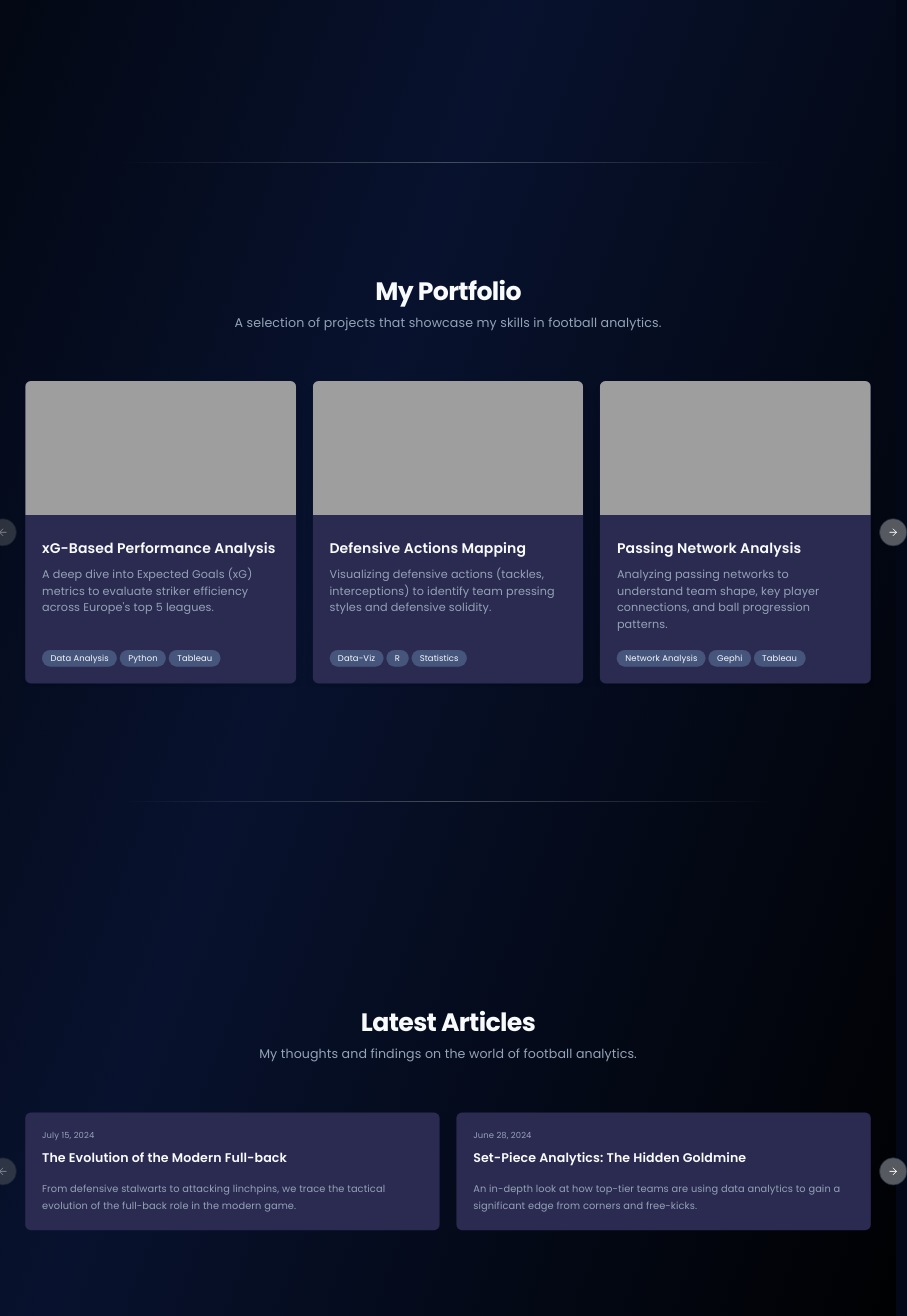
Repository: patrick-cw/my-portfolio
Page: /
The author's editor kept a copy of each file at every save. The page is drawn from the files as they stood at one save, then again after the next save.
The browser window is 1280 px wide. The page is 1296 px wide, so the pictures cover 1296 px, including what lies to the right of the window. The pictures show the part of the page from y = 1498 to 3378 px (the page is 3545 px tall), at 70% of full size.
Pictures or frames that could not be fetched are drawn as grey boxes. The project was rebuilt for these pictures with package versions that can differ from the ones it lists, and the page was loaded fresh each time. The framework's server and built-in components were replaced by stand-ins that run in the browser. Also part of the build but not shown: next.config.ts.

Above is the page before, as saved 2025-08-31 03:44:35.

### src/app/layout.tsx
import type {Metadata} from 'next';
import './globals.css';
import { Toaster } from "@/components/ui/toaster";
import { cn } from '@/lib/utils';
import Particles from '@/components/particles';
import Header from '@/components/header';
import Footer from '@/components/footer';
import ThemeRegistry from '@/components/ThemeRegistry';

export const metadata: Metadata = {
  title: "Patrick's Portfolio",
  description: 'A portfolio showcasing football analytics projects, articles, and more.',
};

export default function RootLayout({
  children,
}: Readonly<{
  children: React.ReactNode;
}>) {
  return (
    <html lang="en" className="dark" style={{scrollBehavior: 'smooth'}}>
      <head>
        <link rel="preconnect" href="https://fonts.googleapis.com" />
        <link rel="preconnect" href="https://fonts.gstatic.com" crossOrigin="anonymous" />
        <link href="https://fonts.googleapis.com/css2?family=Poppins:wght@400;600;700&display=swap" rel="stylesheet" />
      </head>
      <body className={cn("min-h-screen font-body antialiased bg-background")}>
        <ThemeRegistry>
          <div className="relative z-0 flex min-h-screen flex-col bg-gradient-to-br from-black via-blue-900/20 to-black">
            <Particles />
            <Header />
            <main className="flex-1">{children}</main>
            <Footer />
          </div>
          <Toaster />
        </ThemeRegistry>
      </body>
    </html>
  );
}

### src/app/globals.css
@tailwind base;
@tailwind components;
@tailwind utilities;

@layer base {
  :root {
    --background: 0 0% 100%;
    --foreground: 222.2 84% 4.9%;
    --card: 0 0% 100%;
    --card-foreground: 222.2 84% 4.9%;
    --card-highlight: 217.2 91.2% 95%;
    --popover: 0 0% 100%;
    --popover-foreground: 222.2 84% 4.9%;
    --primary: 217.2 91.2% 59.8%;
    --primary-foreground: 210 40% 98%;
    --secondary: 210 40% 96.1%;
    --secondary-foreground: 217.2 91.2% 59.8%;
    --muted: 210 40% 96.1%;
    --muted-foreground: 215.4 16.3% 46.9%;
    --accent: 202.77 50.91% 17.55%;
    --accent-foreground: 217.2 91.2% 59.8%;
    --destructive: 0 84.2% 60.2%;
    --destructive-foreground: 210 40% 98%;
    --border: 214.3 31.8% 91.4%;
    --input: 214.3 31.8% 91.4%;
    --ring: 217.2 91.2% 59.8%;
    --radius: 0.5rem;
    --sidebar-background: 0 0% 98%;
    --sidebar-foreground: 240 5.3% 26.1%;
    --sidebar-primary: 240 5.9% 10%;
    --sidebar-primary-foreground: 0 0% 98%;
    --sidebar-accent: 240 4.8% 95.9%;
    --sidebar-accent-foreground: 240 5.9% 10%;
    --sidebar-border: 220 13% 91%;
    --sidebar-ring: 217.2 91.2% 59.8%;
    --chart-1: 12 76% 61%;
    --chart-2: 173 58% 39%;
    --chart-3: 197 37% 24%;
    --chart-4: 43 74% 66%;
    --chart-5: 27 87% 67%;
  }
  .dark {
    --background: 222.2 84% 4.9%;
    --foreground: 210 40% 98%;
    --card: 222.2 84% 6.9%;
    --card-foreground: 210 40% 98%;
    --card-highlight: 240.85 31.17% 24.06%;
    --popover: 222.2 84% 4.9%;
    --popover-foreground: 210 40% 98%;
    --primary: 217.2 49.73% 44.9%;
    --primary-foreground: 210 40% 98%;
    --secondary: 216.62 5.16% 35.63%;
    --secondary-foreground: 210 40% 98%;
    --muted: 223.54 27.57% 38.15%;
    --muted-foreground: 215 20.2% 65.1%;
    --accent: 230.46 19.36% 18.07%;
    --accent-foreground: 210 40% 98%;
    --destructive: 0 62.8% 30.6%;
    --destructive-foreground: 210 40% 98%;
    --border: 217.2 32.6% 17.5%;
    --input: 217.2 32.6% 17.5%;
    --ring: 217.2 91.2% 59.8%;
    --chart-1: 220 70% 50%;
    --chart-2: 160 60% 45%;
    --chart-3: 30 80% 55%;
    --chart-4: 280 65% 60%;
    --chart-5: 340 75% 55%;
    --sidebar-background: 240 5.9% 10%;
    --sidebar-foreground: 240 4.8% 95.9%;
    --sidebar-primary: 224.3 76.3% 48%;
    --sidebar-primary-foreground: 0 0% 100%;
    --sidebar-accent: 240 3.7% 15.9%;
    --sidebar-accent-foreground: 240 4.8% 95.9%;
    --sidebar-border: 240 3.7% 15.9%;
    --sidebar-ring: 217.2 91.2% 59.8%;
  }
}

@layer base {
  * {
    @apply border-border;
  }
  body {
    @apply bg-background text-foreground;
  }
}

### src/components/ui/toaster.tsx
"use client"

import { useToast } from "@/hooks/use-toast"
import {
  Toast,
  ToastClose,
  ToastDescription,
  ToastProvider,
  ToastTitle,
  ToastViewport,
} from "@/components/ui/toast"

export function Toaster() {
  const { toasts } = useToast()

  return (
    <ToastProvider>
      {toasts.map(function ({ id, title, description, action, ...props }) {
        return (
          <Toast key={id} {...props}>
            <div className="grid gap-1">
              {title && <ToastTitle>{title}</ToastTitle>}
              {description && (
                <ToastDescription>{description}</ToastDescription>
              )}
            </div>
            {action}
            <ToastClose />
          </Toast>
        )
      })}
      <ToastViewport />
    </ToastProvider>
  )
}

### src/components/particles.tsx
"use client";

import React, { useRef, useEffect } from 'react';
import { cn } from '@/lib/utils';

interface MousePosition {
  x: number | null;
  y: number | null;
  radius: number;
}

// Helper class for a single particle
class Particle {
  x: number;
  y: number;
  size: number;
  color: string;
  // Base velocity
  vx: number;
  vy: number;
  // Mouse-induced velocity
  pushX: number;
  pushY: number;
  friction: number;

  constructor(private canvas: HTMLCanvasElement) {
    this.x = Math.random() * canvas.width;
    this.y = Math.random() * canvas.height;
    this.size = Math.random() * 1.5 + 0.5;
    this.color = `rgba(255, 255, 255, ${Math.random() * 0.5 + 0.3})`;
    this.vx = (Math.random() - 0.5) * 0.1; // Slow independent horizontal movement
    this.vy = (Math.random() - 0.5) * 0.1; // Slow independent vertical movement
    this.pushX = 0;
    this.pushY = 0;
    this.friction = 0.95; // Slows down the mouse push effect
  }

  draw(context: CanvasRenderingContext2D) {
    context.fillStyle = this.color;
    context.beginPath();
    context.arc(this.x, this.y, this.size, 0, Math.PI * 2);
    context.fill();
  }

  update(mouse: MousePosition) {
    // Mouse interaction
    if (mouse.x !== null && mouse.y !== null) {
        const dx = this.x - mouse.x;
        const dy = this.y - mouse.y;
        const distance = Math.sqrt(dx * dx + dy * dy);
        const forceDirectionX = dx / distance;
        const forceDirectionY = dy / distance;
        const force = (mouse.radius - distance) / mouse.radius; // Inverted force

        if (distance < mouse.radius) {
            const pushStrength = force * 0.5; // Adjust push strength
            this.pushX += forceDirectionX * pushStrength;
            this.pushY += forceDirectionY * pushStrength;
        }
    }

    // Apply friction to the mouse-push velocity
    this.pushX *= this.friction;
    this.pushY *= this.friction;

    // Update position with both base velocity and mouse-push velocity
    this.x += this.vx + this.pushX;
    this.y += this.vy + this.pushY;

    // Screen wrapping logic
    if (this.x > this.canvas.width) this.x = 0;
    if (this.x < 0) this.x = this.canvas.width;
    if (this.y > this.canvas.height) this.y = 0;
    if (this.y < 0) this.y = this.canvas.height;
  }
}

export default function Particles({ className }: { className?: string }) {
  const canvasRef = useRef<HTMLCanvasElement>(null);
  const particles = useRef<Particle[]>([]);
  const mouse = useRef<MousePosition>({ x: null, y: null, radius: 100 });
  const animationFrameId = useRef<number>();

  const initParticles = (canvas: HTMLCanvasElement) => {
    particles.current = [];
    const numberOfParticles = Math.floor((canvas.width * canvas.height) / 3000);
    for (let i = 0; i < numberOfParticles; i++) {
      particles.current.push(new Particle(canvas));
    }
  };

  const animate = () => {
    const canvas = canvasRef.current;
    if (!canvas) return;
    const context = canvas.getContext('2d');
    if (!context) return;

    context.clearRect(0, 0, canvas.width, canvas.height);
    for (const particle of particles.current) {
      particle.update(mouse.current);
      particle.draw(context);
    }
    animationFrameId.current = requestAnimationFrame(animate);
  };

  useEffect(() => {
    const canvas = canvasRef.current;
    if (!canvas) return;

    const handleResize = () => {
      if (animationFrameId.current) {
        cancelAnimationFrame(animationFrameId.current);
      }
      canvas.width = window.innerWidth;
      canvas.height = window.innerHeight;
      initParticles(canvas);
      animate();
    };

    const handleMouseMove = (event: MouseEvent) => {
      mouse.current.x = event.clientX;
      mouse.current.y = event.clientY;
    };

    const handleMouseLeave = () => {
        mouse.current.x = null;
        mouse.current.y = null;
    }

    window.addEventListener('resize', handleResize);
    window.addEventListener('mousemove', handleMouseMove);
    window.addEventListener('mouseleave', handleMouseLeave);

    handleResize();

    return () => {
      window.removeEventListener('resize', handleResize);
      window.removeEventListener('mousemove', handleMouseMove);
      window.removeEventListener('mouseleave', handleMouseLeave);
      if (animationFrameId.current) {
        cancelAnimationFrame(animationFrameId.current);
      }
    };
  }, []);

  return <canvas ref={canvasRef} className={cn('fixed top-0 left-0 w-full h-full -z-10', className)} />;
}

### src/components/header.tsx
import Link from "next/link";
import { Aperture, Footprints } from "lucide-react";

export default function Header() {
  return (
    <header className="sticky top-0 z-50 w-full border-b border-border/40 bg-background/95 backdrop-blur supports-[backdrop-filter]:bg-background/60">
      <div className="container flex h-14 max-w-screen-2xl items-center">
        <Link href="/#home" className="mr-6 flex items-center space-x-2">
          <Aperture className="h-6 w-6 text-primary" style={{filter: 'drop-shadow(0 0 4px hsl(var(--primary)))'}}/>
          <span className="font-bold sm:inline-block font-headline">Patrick's Portfolio</span>
        </Link>
        <nav className="flex items-center gap-4 text-sm lg:gap-6">
          <Link href="/#about" className="text-foreground/60 transition-colors hover:text-foreground/80">
            About
          </Link>
          <Link href="/#portfolio" className="text-foreground/60 transition-colors hover:text-foreground/80">
            Portfolio
          </Link>
          <Link href="/#articles" className="text-foreground/60 transition-colors hover:text-foreground/80">
            Articles
          </Link>
        </nav>
      </div>
    </header>
  );
}

### src/components/footer.tsx
export default function Footer() {
    return (
      <footer className="border-t border-border/40 py-6 md:py-8">
        <div className="container flex flex-col items-center justify-between gap-4 md:flex-row">
          <p className="text-sm text-muted-foreground">
            © {new Date().getFullYear()} Patrick Cipta Winata. All rights reserved.
          </p>
        </div>
      </footer>
    );
  }

### src/components/ThemeRegistry.tsx
'use client';
import createCache from '@emotion/cache';
import { useServerInsertedHTML } from 'next/navigation';
import { CacheProvider } from '@emotion/react';
import { ThemeProvider } from '@mui/material/styles';
import CssBaseline from '@mui/material/CssBaseline';
import { createTheme } from '@mui/material/styles';
import React from 'react';

const theme = createTheme({
  palette: {
    mode: 'dark',
  },
});

// This implementation is from emotion-js
// https://github.com/emotion-js/emotion/issues/2928#issuecomment-1319747902
export default function ThemeRegistry(props: { children: React.ReactNode }) {
  const { children } = props;

  const [{ cache, flush }] = React.useState(() => {
    const cache = createCache({ key: 'mui-style' });
    cache.compat = true;
    const prevInsert = cache.insert;
    let inserted: string[] = [];
    cache.insert = (...args) => {
      const serialized = args[1];
      if (cache.inserted[serialized.name] === undefined) {
        inserted.push(serialized.name);
      }
      return prevInsert(...args);
    };
    const flush = () => {
      const prevInserted = inserted;
      inserted = [];
      return prevInserted;
    };
    return { cache, flush };
  });

  useServerInsertedHTML(() => {
    const names = flush();
    if (names.length === 0) {
      return null;
    }
    let styles = '';
    for (const name of names) {
      styles += cache.inserted[name];
    }
    return (
      <style
        key={cache.key}
        data-emotion={`${cache.key} ${names.join(' ')}`}
        dangerouslySetInnerHTML={{
          __html: styles,
        }}
      />
    );
  });

  return (
    <CacheProvider value={cache}>
      <ThemeProvider theme={theme}>
        <CssBaseline />
        {children}
      </ThemeProvider>
    </CacheProvider>
  );
}

### src/components/ui/button.tsx
import * as React from "react"
import { Slot } from "@radix-ui/react-slot"
import { cva, type VariantProps } from "class-variance-authority"

import { cn } from "@/lib/utils"

const buttonVariants = cva(
  "inline-flex items-center justify-center gap-2 whitespace-nowrap rounded-md text-sm font-medium ring-offset-background transition-colors focus-visible:outline-none focus-visible:ring-2 focus-visible:ring-ring focus-visible:ring-offset-2 disabled:pointer-events-none disabled:opacity-50 [&_svg]:pointer-events-none [&_svg]:size-4 [&_svg]:shrink-0",
  {
    variants: {
      variant: {
        default: "bg-primary text-primary-foreground hover:bg-primary/90",
        destructive:
          "bg-destructive text-destructive-foreground hover:bg-destructive/90",
        outline:
          "border border-input bg-background hover:bg-accent hover:text-accent-foreground",
        secondary:
          "bg-secondary text-secondary-foreground hover:bg-secondary/80",
        ghost: "hover:bg-accent hover:text-accent-foreground",
        link: "text-primary underline-offset-4 hover:underline",
      },
      size: {
        default: "h-10 px-4 py-2",
        sm: "h-9 rounded-md px-3",
        lg: "h-11 rounded-md px-8",
        icon: "h-10 w-10",
      },
    },
    defaultVariants: {
      variant: "default",
      size: "default",
    },
  }
)

export interface ButtonProps
  extends React.ButtonHTMLAttributes<HTMLButtonElement>,
    VariantProps<typeof buttonVariants> {
  asChild?: boolean
}

const Button = React.forwardRef<HTMLButtonElement, ButtonProps>(
  ({ className, variant, size, asChild = false, ...props }, ref) => {
    const Comp = asChild ? Slot : "button"
    return (
      <Comp
        className={cn(buttonVariants({ variant, size, className }))}
        ref={ref}
        {...props}
      />
    )
  }
)
Button.displayName = "Button"

export { Button, buttonVariants }

### tailwind.config.ts
import type {Config} from 'tailwindcss';

export default {
  darkMode: ['class'],
  content: [
    './src/pages/**/*.{js,ts,jsx,tsx,mdx}',
    './src/components/**/*.{js,ts,jsx,tsx,mdx}',
    './src/app/**/*.{js,ts,jsx,tsx,mdx}',
  ],
  theme: {
    container: {
      center: true,
      padding: "2rem",
      screens: {
        "2xl": "1400px",
      },
    },
    maxWidth: {
      'xl': '44rem',
    },
    extend: {
      fontFamily: {
        body: ['Poppins', 'sans-serif'],
        headline: ['Poppins', 'sans-serif'],
        code: ['monospace'],
      },
      colors: {
        background: 'hsl(var(--background))',
        foreground: 'hsl(var(--foreground))',
        card: {
          DEFAULT: 'hsl(var(--card))',
          foreground: 'hsl(var(--card-foreground))',
          highlight: 'hsl(var(--card-highlight))',
        },
        popover: {
          DEFAULT: 'hsl(var(--popover))',
          foreground: 'hsl(var(--popover-foreground))',
        },
        primary: {
          DEFAULT: 'hsl(var(--primary))',
          foreground: 'hsl(var(--primary-foreground))',
        },
        secondary: {
          DEFAULT: 'hsl(var(--secondary))',
          foreground: 'hsl(var(--secondary-foreground))',
        },
        muted: {
          DEFAULT: 'hsl(var(--muted))',
          foreground: 'hsl(var(--muted-foreground))',
        },
        accent: {
          DEFAULT: 'hsl(var(--accent))',
          foreground: 'hsl(var(--accent-foreground))',
        },
        destructive: {
          DEFAULT: 'hsl(var(--destructive))',
          foreground: 'hsl(var(--destructive-foreground))',
        },
        border: 'hsl(var(--border))',
        input: 'hsl(var(--input))',
        ring: 'hsl(var(--ring))',
        chart: {
          '1': 'hsl(var(--chart-1))',
          '2': 'hsl(var(--chart-2))',
          '3': 'hsl(var(--chart-3))',
          '4': 'hsl(var(--chart-4))',
          '5': 'hsl(var(--chart-5))',
        },
        sidebar: {
          DEFAULT: 'hsl(var(--sidebar-background))',
          foreground: 'hsl(var(--sidebar-foreground))',
          primary: 'hsl(var(--sidebar-primary))',
          'primary-foreground': 'hsl(var(--sidebar-primary-foreground))',
          accent: 'hsl(var(--sidebar-accent))',
          'accent-foreground': 'hsl(var(--sidebar-accent-foreground))',
          border: 'hsl(var(--sidebar-border))',
          ring: 'hsl(var(--sidebar-ring))',
        },
      },
      borderRadius: {
        lg: 'var(--radius)',
        md: 'calc(var(--radius) - 2px)',
        sm: 'calc(var(--radius) - 4px)',
      },
      keyframes: {
        'accordion-down': {
          from: {
            height: '0',
          },
          to: {
            height: 'var(--radix-accordion-content-height)',
          },
        },
        'accordion-up': {
          from: {
            height: 'var(--radix-accordion-content-height)',
          },
          to: {
            height: '0',
          },
        },
      },
      animation: {
        'accordion-down': 'accordion-down 0.2s ease-out',
        'accordion-up': 'accordion-up 0.2s ease-out',
      },
    },
  },
  plugins: [require('tailwindcss-animate')],
} satisfies Config;

Loaded but not shown: src/lib/utils.ts (common file); src/hooks/use-toast.ts (common file); src/app/page.tsx (308 lines, source omitted); src/components/ui/carousel.tsx (262 lines, source omitted); src/components/ui/toast.tsx (129 lines, source omitted)

After the next save:
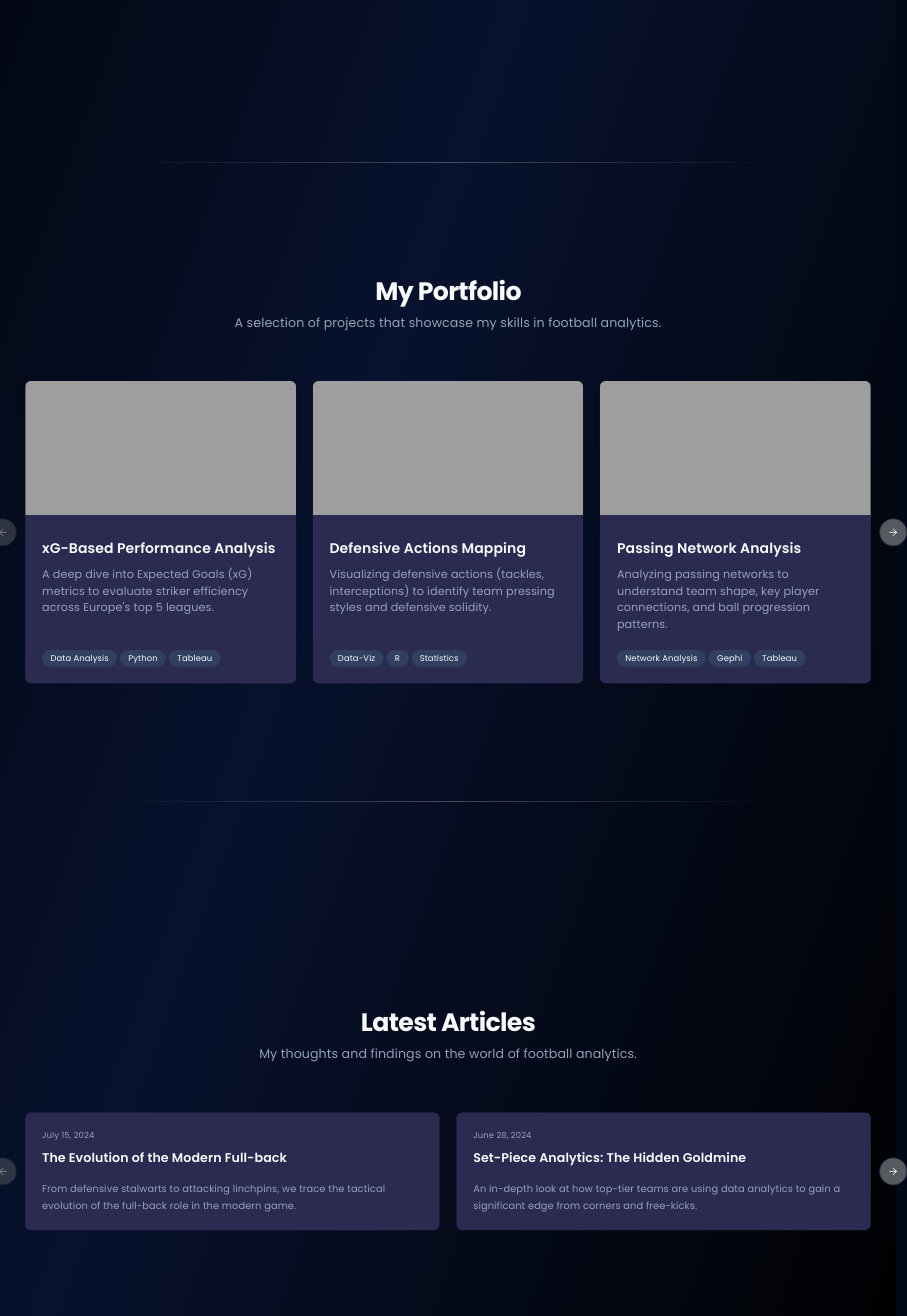
Saved 88 s later.
--- a/src/app/globals.css
+++ b/src/app/globals.css
@@ -51,7 +51,7 @@
     --primary-foreground: 210 40% 98%;
     --secondary: 216.62 5.16% 35.63%;
     --secondary-foreground: 210 40% 98%;
-    --muted: 223.54 27.57% 38.15%;
+    --muted: 223.54 31.64% 28.74%;
     --muted-foreground: 215 20.2% 65.1%;
     --accent: 230.46 19.36% 18.07%;
     --accent-foreground: 210 40% 98%;
